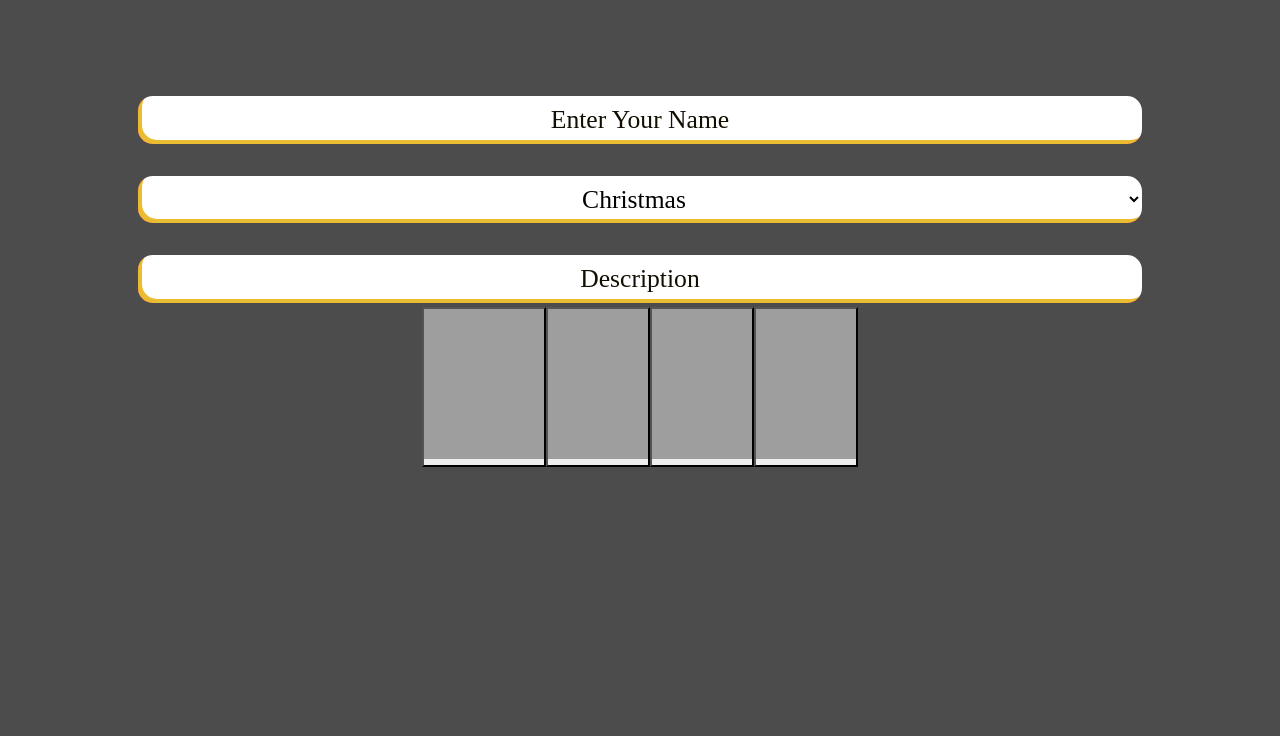
Repository: Haneef-Shaik/Greetings
Page: /
The author's editor kept a copy of each file at every save. The page is drawn from the files as they stood at one save, then again after the next save.
The browser window is 1280 px wide. The pictures show the whole page.
Pictures or frames that could not be fetched are drawn as grey boxes. The project was rebuilt for these pictures with package versions that can differ from the ones it lists, and the page was loaded fresh each time. The framework's server and built-in components were replaced by stand-ins that run in the browser. Also part of the build but not shown: next.config.js, styles/card.module.scss, components/card.js, styles/socialShare.module.scss, components/socialShare.js.

Above is the page before, as saved 2021-12-01 21:00:38.

### pages/_app.js
import '../styles/globals.css'
import 'bootstrap/dist/css/bootstrap.css'


function MyApp({ Component, pageProps }) {
  return <Component {...pageProps} />
}

export default MyApp

### pages/index.js
import Card from "../components/card.js";
import {useRouter} from 'next/router';
import Ss from "../components/socialShare"
import InpFrm from "../components/form"

export default function Home() {
  const {query} = useRouter();
  const myurls='https://gratefulprayerthankfulheart.com/wp-content/uploads/2014/12/aquawhitechristmastreegreeting.jpg';

  if(query.length > 0)
  {

    if(query.greeting)
    {
      return (
        <>
          <Card event={query.event} image={query.bgImg} name={query.name} greeting={query.greeting}  />
        </>
          )
    }
    else
    {
      return (
        <>
          <Card event={query.event} image={query.bgImg} name={query.name}  />
        </>
          )
    }

  }
  else
  {
    return (
        <>
          <InpFrm />
        </>
        )
  }
    // return (
    //   <>
        {/* <Card event='Event' image={myurls} name='Name' color='red' greeting="Lorem Ipsum is simply dummy text of the printing and typesetting industry. Lorem Ipsum has been thing software like Aldus PageMaker including versions of Lorem Ipsum."  /> */}
        {/* <Ss mylink="localhost:3000/name=haneef&event=christmas" /> */}
    {/*     <Ss mylink="localhost:3000/name=haneef&event=christmasW&sddsajnodsoduaibdadbksa" /> */}
    //   </>
    //     )

}

### components/form.js
/* eslint-disable no-undef */
import React, {useState,useRef} from 'react'

import 'bootstrap/dist/css/bootstrap.min.css';
import styles from '../styles/form.module.scss';
import IMAGE from 'next/image'


function Edit() {

    const [IMG1,setImg]=useState('');


    return (
        <div className="container-fluid p-2 "  style={{backgroundColor:'#4C4C4C'} }>
            <div className="container">
                <div className="row">
                    <div className="col-12">
                        <div className={styles.formContainer} >
                            <form className="formStyle">
                                <input type="text" placeholder="Enter Your Name" className="col-12" required />

                                <select name="festival" className="col-12 p-2">
                                    <option value="christmas">Christmas</option>
                                    <option value="newYear">New Year</option>
                                </select>

                                <input type="text" placeholder="Description" className="col-12" optional />
                                <div className="d-flex justify-content-around align-items-center flex-wrap mt-1">
                                    {/* <label htmlFor="img1">
                                        <IMAGE src='/images/christmas/christmas.png' width={200} height={100} />
                                    </label>
                                    <label htmlFor="img2">
                                        <IMAGE src='/images/christmas/christmas.png' width={200} height={100} />
                                    </label>
                                    <label htmlFor="img3">
                                        <IMAGE src='/images/christmas/christmas.png' width={200} height={100} />
                                    </label>
                                    <label htmlFor="img4">
                                        <IMAGE src='/images/christmas/christmas.png' width={200} height={100} />
                                    </label>
                                    <input type="radio" name="BgImage" className="bgImg" id="img1" hidden="true" />
                                    <input type="radio" name="BgImage" className="bgImg" id="img2" hidden="true" />
                                    <input type="radio" name="BgImage" className="bgImg" id="img3" hidden="true" />
                                    <input type="radio" name="BgImage" className="bgImg" id="img4" hidden="true" /> */}

                                <button onClick={()=>setImg('christmas.png')}>
                                    <IMAGE src='/images/christmas/christmas.png' width="120" height="150" />
                                </button>

                                <button onClick={()=>setImg('christmas1.png')}>
                                    <IMAGE src='/images/christmas/christmas1.png' width="100" height="150" />
                                </button>

                                <button onClick={()=>setImg('christmas2.png')}>
                                    <IMAGE src='/images/christmas/christmas2.png' width="100" height="150" />
                                </button>

                                <button onClick={()=>setImg('christmas2.png')}>
                                    <IMAGE src='/images/christmas/christmas2.png' width="100" height="150" />
                                </button>

                                </div>
                            </form>
                        </div>
                    </div>
                </div>
            </div>
        </div>
    )
}


class InvitationCard extends React.Component{
    render(){
        return (

                <div className="body p-2" style={{backgroundColor: this.props.c,backgroundImage:`url(${this.props.im})`,backgroundSize:350,backgroundRepeat:'no-repeat'}} >
                    <h1 id="heading" style={{color: this.props.heading}}>{this.props.name}</h1>
                    <p style={{marginTop: "50px",color: this.props.content}}>{this.props.message}</p>
                    <p style={{color: this.props.content}} id="toWhom">{this.props.to}</p>
                </div>
        )
    }

}



export default Edit;

### styles/form.module.scss
.formContainer{
    padding:5%;
    height:100vh;
    background-color:#4C4C4C;
    // background: linear-gradient(#920000,#800000,#6D0000,#490000);
    input , select {
        margin-top:2rem;

        text-align:center;
        font-family: 'Times New Roman', Times, serif;
        font-size:1.6rem;
        border:none;

        background-color:#fff;
        border-radius:15px;
        box-shadow: inset 4px -4px 0px #EABC32 , inset 2px -2px 0px #f00 ;
        line-height:3rem;
        &::placeholder{
            color:#120E02;
        }
    }
    form{
        display: flex;
        align-items:center;
        justify-content: space-evenly;
        flex-direction: column;
        flex-wrap: wrap;
    }
    .bgImg:active{
        border: 5px solid white;
    }
}

Loaded but not shown: styles/globals.css (common file)

After the next save:
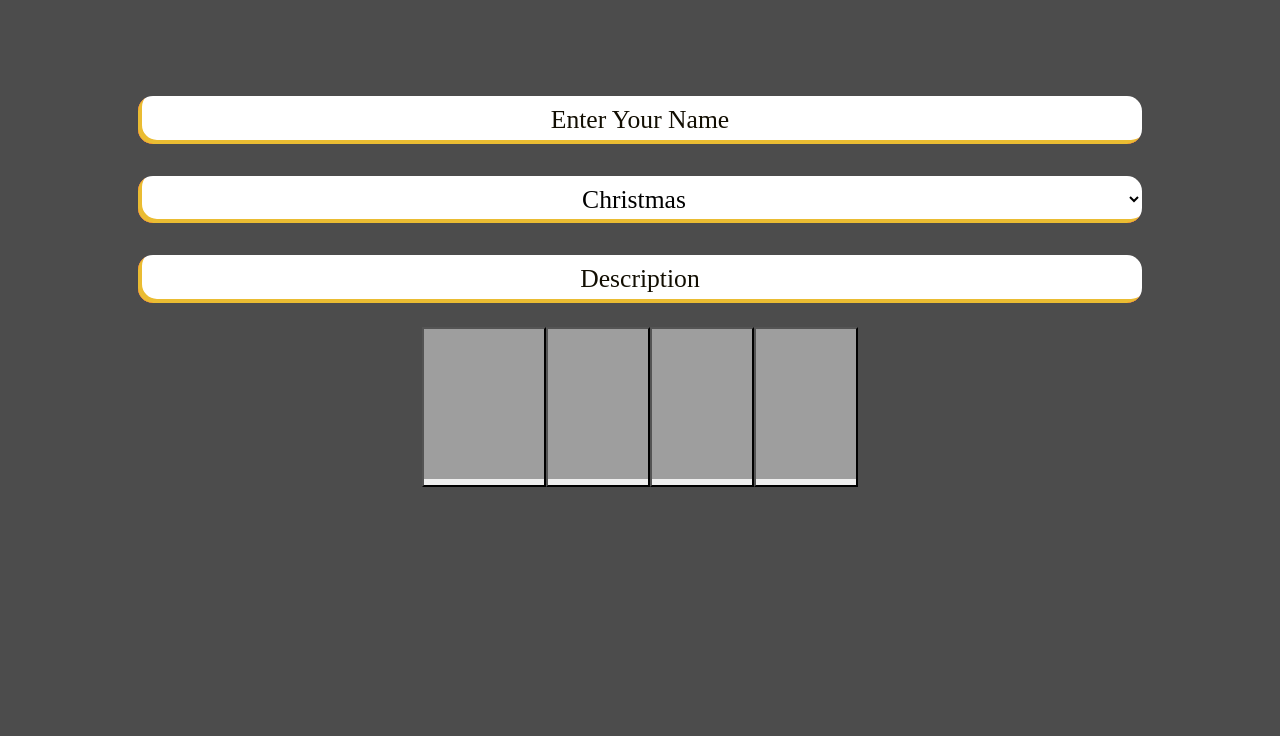
Saved 4 s later.
--- a/components/form.js
+++ b/components/form.js
@@ -26,7 +26,7 @@ function Edit() {
                                 </select>
 
                                 <input type="text" placeholder="Description" className="col-12" optional />
-                                <div className="d-flex justify-content-around align-items-center flex-wrap mt-1">
+                                <div className="d-flex justify-content-around align-items-center flex-wrap mt-4">
                                     {/* <label htmlFor="img1">
                                         <IMAGE src='/images/christmas/christmas.png' width={200} height={100} />
                                     </label>
